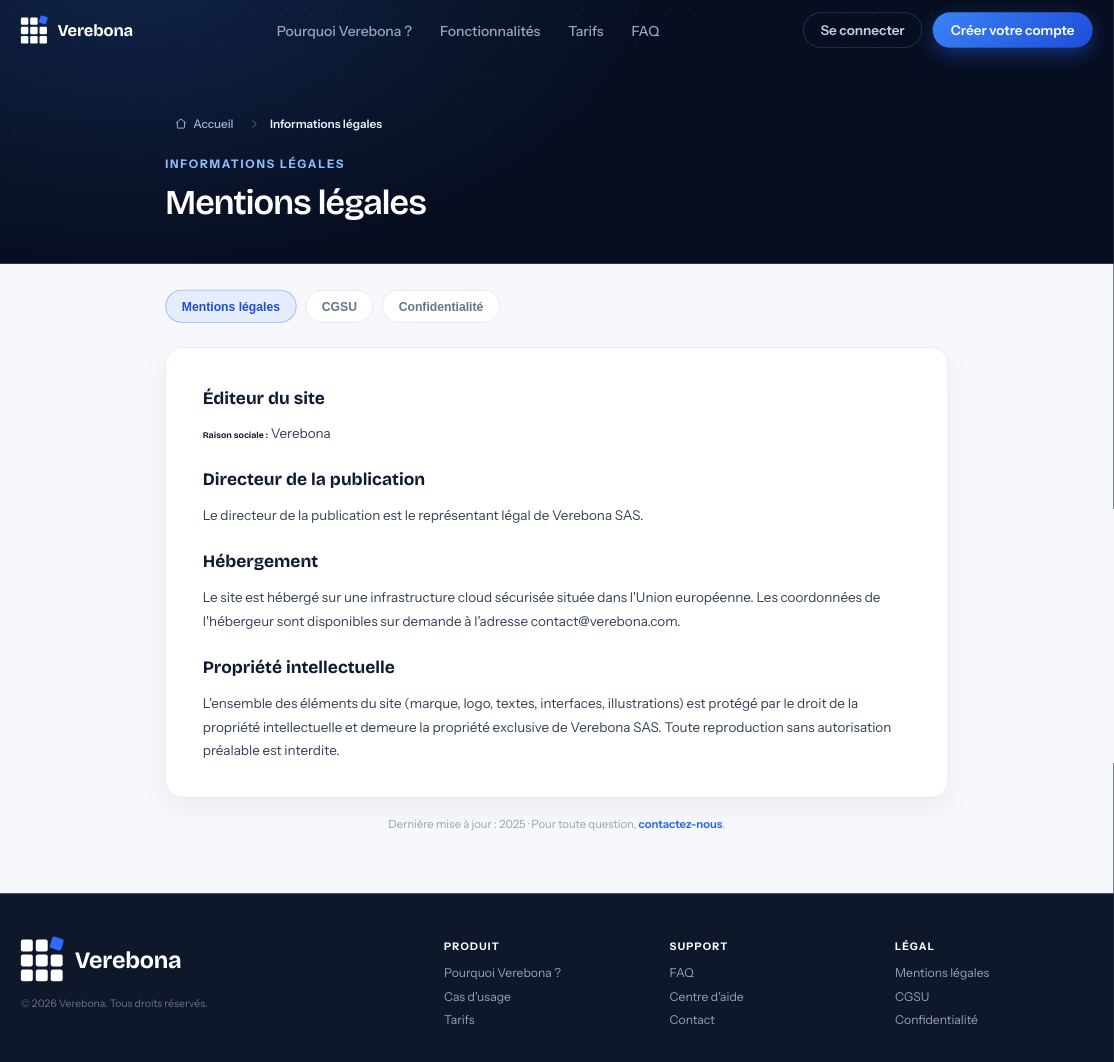
Repository: AdminVerebona/verebona-public
Page: /mentions-legales
The author's editor kept a copy of each file at every save. The page is drawn from the files as they stood at one save, then again after a run of saves.
The browser window is 1280 px wide. The pictures show the whole page, at 87% of full size.
The project was rebuilt for these pictures with package versions that can differ from the ones it lists, and the page was loaded fresh each time. Also part of the build but not shown: next.config.mjs, vite.config.js, vite.config.ts, src/composables/useLanding.ts, src/sections/HeroSection.vue, src/sections/WhySection.vue, src/sections/UseCasesSection.vue, src/sections/FeaturesSection.vue and 6 more.

Above is the page before, as saved 2026-07-10 15:07:08.

### index.html
<!doctype html>
<html lang="fr">
  <head>
    <meta charset="UTF-8" />
    <meta name="viewport" content="width=device-width, initial-scale=1.0" />
    <title>Verebona — Centralisez, organisez, valorisez vos biens</title>
    <meta
      name="description"
      content="Verebona centralise vos biens, documents et échéances pour les retrouver facilement, anticiper les dates importantes et valoriser vos biens le moment venu."
    />
  </head>
  <body>
    <div id="app"></div>
    <script type="module" src="/src/main.ts"></script>
  </body>
</html>

### src/main.ts
import { createApp } from 'vue'
import App from './App.vue'
import router from './router'
import { vHover } from './directives/hover'
import './style.css'

createApp(App)
  .use(router)
  .directive('hover', vHover)
  .mount('#app')

### src/App.vue
<template>
  <div style="background:#070E20;color:#EAF0FB;overflow-x:hidden;min-height:100vh">
    <AppHeader />
    <router-view />
    <AppFooter />
  </div>
</template>

<script setup lang="ts">
import { onMounted, watch, nextTick } from 'vue'
import { useRoute } from 'vue-router'
import AppHeader from './components/AppHeader.vue'
import AppFooter from './components/AppFooter.vue'
import { useScrollReveal } from './composables/useScrollReveal'

const route = useRoute()
const { scan } = useScrollReveal()

onMounted(() => { scan() })

// Re-scan reveal targets whenever the route (page) changes.
watch(
  () => route.fullPath,
  () => { nextTick(() => setTimeout(scan, 60)) },
)
</script>

### src/router/index.ts
import { createRouter, createWebHistory } from 'vue-router'
import HomeView from '../views/HomeView.vue'

const routes = [
  { path: '/', name: 'home', component: HomeView },
  { path: '/aide', name: 'help', component: () => import('../views/HelpView.vue') },
  { path: '/contact', name: 'contact', component: () => import('../views/ContactView.vue') },
  { path: '/mentions-legales', name: 'legal-mentions', component: () => import('../views/LegalView.vue') },
  { path: '/cgu', name: 'legal-cgu', component: () => import('../views/LegalView.vue') },
  { path: '/confidentialite', name: 'legal-confid', component: () => import('../views/LegalView.vue') },
  { path: '/:pathMatch(.*)*', name: 'not-found', component: () => import('../views/NotFoundView.vue') },
]

const router = createRouter({
  history: createWebHistory(),
  routes,
  scrollBehavior(to) {
    if (to.hash) return { el: to.hash, behavior: 'smooth' }
    return { top: 0 }
  },
})

export default router

### src/directives/hover.ts
import type { Directive } from 'vue'

/**
 * v-hover — applies a set of inline styles while the pointer is over the
 * element, and restores the previous values on leave. Reproduces the
 * `style-hover` behaviour of the design prototype.
 *
 * Usage:  <a v-hover="{ color: '#fff', transform: 'translateY(-1px)' }">
 */
type HoverStyles = Record<string, string>

interface HoverEl extends HTMLElement {
  __hoverEnter?: () => void
  __hoverLeave?: () => void
}

export const vHover: Directive<HoverEl, HoverStyles> = {
  mounted(el, binding) {
    const styles = binding.value || {}
    const original: HoverStyles = {}

    const enter = () => {
      for (const key in styles) {
        original[key] = (el.style as any)[key]
        ;(el.style as any)[key] = styles[key]
      }
    }
    const leave = () => {
      for (const key in styles) {
        ;(el.style as any)[key] = original[key] || ''
      }
    }

    el.__hoverEnter = enter
    el.__hoverLeave = leave
    el.addEventListener('mouseenter', enter)
    el.addEventListener('mouseleave', leave)
  },
  unmounted(el) {
    if (el.__hoverEnter) el.removeEventListener('mouseenter', el.__hoverEnter)
    if (el.__hoverLeave) el.removeEventListener('mouseleave', el.__hoverLeave)
  },
}

### src/style.css
/* ============================================================
   Verebona — global styles
   Fonts, resets, scroll-reveal animation, responsive rules.
   All component-level styling is inline in the .vue templates
   (ported 1:1 from the validated design prototype).
   ============================================================ */

@import url('https://fonts.googleapis.com/css2?family=Bricolage+Grotesque:opsz,wght@12..96,400;12..96,500;12..96,600;12..96,700&family=Instrument+Sans:wght@400;500;600;700&family=Space+Mono:wght@400;700&display=swap');

* { box-sizing: border-box; }
html, body { margin: 0; padding: 0; }
body {
  font-family: 'Instrument Sans', system-ui, sans-serif;
  -webkit-font-smoothing: antialiased;
  background: #070E20;
}
h1, h2, h3, h4 { font-family: 'Bricolage Grotesque', sans-serif; margin: 0; }
p { margin: 0; }
a { text-decoration: none; color: inherit; }
a:hover { color: inherit; }

@keyframes vb-float { 0%, 100% { transform: translateY(0); } 50% { transform: translateY(-14px); } }
@keyframes vb-float-s { 0%, 100% { transform: translateY(0); } 50% { transform: translateY(-9px); } }
@keyframes vb-marquee { 0% { transform: translateX(0); } 100% { transform: translateX(-50%); } }

section[id] { scroll-margin-top: 82px; }

/* Scroll reveal */
.vb-reveal,
.vb-rgroup > * {
  transition: opacity .8s cubic-bezier(.16, 1, .3, 1), transform .8s cubic-bezier(.16, 1, .3, 1);
  will-change: opacity, transform;
}
.vb-anim .vb-reveal,
.vb-anim .vb-rgroup > * { opacity: 0; transform: translateY(40px) scale(.985); }
.vb-reveal.vb-in,
.vb-rgroup > .vb-in { opacity: 1 !important; transform: none !important; }
@media (prefers-reduced-motion: reduce) {
  .vb-reveal,
  .vb-rgroup > * { opacity: 1 !important; transform: none !important; transition: none !important; }
}

/* Responsive */
.r-burger, .r-mobile-menu { display: none; }
@media (max-width: 860px) {
  h1 { font-size: 37px !important; line-height: 1.08 !important; }
  h2 { font-size: 26px !important; line-height: 1.22 !important; }
  .r-nav, .r-hide-m, .r-dots, .r-browser { display: none !important; }
  .r-burger { display: inline-flex !important; }
  .r-mobile-menu { display: flex !important; }
  .r-hero, .r-2, .r-2b, .r-3, .r-4, .r-cta { grid-template-columns: 1fr !important; }
  .r-contact { grid-template-columns: 1fr !important; }
  .r-footer { grid-template-columns: 1fr 1fr !important; gap: 24px !important; }
  .r-mock { flex-direction: column !important; align-items: center !important; gap: 0 !important; }
  .r-uc { flex-direction: column !important; }
  .r-uc-panel { min-width: 0 !important; padding: 22px 20px !important; }
  .r-2 { grid-template-columns: 1fr !important; }
  .r-tri { grid-template-columns: 1fr !important; }
}

### src/composables/useScrollReveal.ts
/**
 * Scroll-reveal: adds `.vb-in` to `.vb-reveal` / `.vb-rgroup` elements as they
 * enter the viewport (staggering the children of a group). Ported from the
 * prototype's IntersectionObserver logic. Honours prefers-reduced-motion and
 * has a safety timeout so content is never left hidden.
 */
let io: IntersectionObserver | null = null

const reduce =
  typeof window !== 'undefined' &&
  !!window.matchMedia &&
  window.matchMedia('(prefers-reduced-motion: reduce)').matches

if (!reduce && typeof document !== 'undefined') {
  document.documentElement.classList.add('vb-anim')
}

function revealAll() {
  document.querySelectorAll('.vb-reveal').forEach((e) => e.classList.add('vb-in'))
  document.querySelectorAll('.vb-rgroup > *').forEach((e) => e.classList.add('vb-in'))
}

function ensureObserver() {
  if (io || reduce || typeof window === 'undefined' || !('IntersectionObserver' in window)) return
  io = new IntersectionObserver(
    (entries) => {
      entries.forEach((entry) => {
        if (!entry.isIntersecting) return
        const el = entry.target as HTMLElement
        io!.unobserve(el)
        if (el.classList.contains('vb-rgroup')) {
          Array.from(el.children).forEach((c, i) => {
            ;(c as HTMLElement).style.transitionDelay = i * 90 + 'ms'
            c.classList.add('vb-in')
          })
        } else {
          el.classList.add('vb-in')
        }
      })
    },
    { threshold: 0.12, rootMargin: '0px 0px -8% 0px' },
  )
}

export function useScrollReveal() {
  function scan() {
    if (reduce || typeof window === 'undefined' || !('IntersectionObserver' in window)) {
      revealAll()
      return
    }
    ensureObserver()
    document.querySelectorAll('.vb-reveal, .vb-rgroup').forEach((el) => io!.observe(el))
    // Safety net: never leave content hidden.
    window.setTimeout(revealAll, 2200)
  }
  return { scan }
}

### src/views/LegalView.vue
<template>
<section style="position:relative;padding:128px 24px 48px;overflow:hidden;background:radial-gradient(1000px 560px at 12% -10%,rgba(59,130,246,.18),transparent 60%),#070E20">
  <div style="position:absolute;inset:0;background-image:radial-gradient(rgba(148,163,184,.09) 1px,transparent 1px);background-size:34px 34px;-webkit-mask-image:linear-gradient(to bottom,#000,transparent 85%);mask-image:linear-gradient(to bottom,#000,transparent 85%);pointer-events:none"></div>
  <div style="max-width:900px;margin:0 auto;position:relative">
    <nav aria-label="Fil d'Ariane" style="margin-bottom:24px"><ol style="display:flex;align-items:center;gap:6px;list-style:none;margin:0;padding:0;font-size:13.5px"><li style="display:flex;align-items:center"><a href="#" @click.prevent="goHome" style="display:inline-flex;align-items:center;gap:7px;color:#9FB4D8;font-weight:500;padding:6px 11px;border-radius:9px;cursor:pointer;transition:color .15s,background .15s" v-hover="{color:'#fff',background:'rgba(255,255,255,.06)'}"><svg width="14" height="14" viewBox="0 0 24 24" fill="none" stroke="currentColor" stroke-width="1.9" stroke-linecap="round" stroke-linejoin="round"><path d="M3 10.5 12 3l9 7.5"/><path d="M5 9.5V20a1 1 0 0 0 1 1h12a1 1 0 0 0 1-1V9.5"/></svg>Accueil</a></li><li aria-hidden="true" style="display:flex;color:#42557A"><svg width="15" height="15" viewBox="0 0 24 24" fill="none" stroke="currentColor" stroke-width="2" stroke-linecap="round" stroke-linejoin="round"><path d="M9 6l6 6-6 6"/></svg></li><li aria-current="page" style="color:#EAF0FB;font-weight:600;padding:6px 4px">{{ crumbLabel }}</li></ol></nav>
    <div style="font-size:13.5px;letter-spacing:.15em;text-transform:uppercase;font-weight:800;color:#8FBEFF;margin-bottom:16px">Informations légales</div>
    <h1 style="font-size:40px;line-height:1.08;font-weight:600;letter-spacing:-.025em;color:#fff">{{ legalTitle }}</h1>
  </div>
</section>
<section style="background:#F6F8FC;padding:30px 24px 72px">
  <div style="max-width:900px;margin:0 auto">
    <div style="display:flex;flex-wrap:wrap;gap:10px;margin-bottom:28px">
      <button type="button" :style="legalMentionsStyle" @click.prevent="goMentions">Mentions légales</button>
      <button type="button" :style="legalCGUStyle" @click.prevent="goCGU">CGSU</button>
      <button type="button" :style="legalConfidStyle" @click.prevent="goConfid">Confidentialité</button>
    </div>
    <div style="background:#fff;border:1px solid #E6EBF3;border-radius:20px;padding:40px 42px;box-shadow:0 12px 34px rgba(15,27,51,.05)">
      <template v-if="isMentions">
        <div style="font-size:15.5px;line-height:1.75;color:#334155">
          <h2 style="font-size:20px;font-weight:700;color:#0F1B33;font-family:'Bricolage Grotesque',sans-serif;margin:0 0 10px">Éditeur du site</h2>
          <p style="margin:0 0 22px"><span style="font-size:10px;font-weight:700;color:#0F1B33;font-family:'Bricolage Grotesque',sans-serif;margin:0 0 10px">Raison sociale :</span> Verebona</p>
          <h2 style="font-size:20px;font-weight:700;color:#0F1B33;font-family:'Bricolage Grotesque',sans-serif;margin:0 0 10px">Directeur de la publication</h2>
          <p style="margin:0 0 22px">Le directeur de la publication est le représentant légal de Verebona SAS.</p>
          <h2 style="font-size:20px;font-weight:700;color:#0F1B33;font-family:'Bricolage Grotesque',sans-serif;margin:0 0 10px">Hébergement</h2>
          <p style="margin:0 0 22px">Le site est hébergé sur une infrastructure cloud sécurisée située dans l'Union européenne. Les coordonnées de l'hébergeur sont disponibles sur demande à l'adresse contact@verebona.com.</p>
          <h2 style="font-size:20px;font-weight:700;color:#0F1B33;font-family:'Bricolage Grotesque',sans-serif;margin:0 0 10px">Propriété intellectuelle</h2>
          <p style="margin:0">L'ensemble des éléments du site (marque, logo, textes, interfaces, illustrations) est protégé par le droit de la propriété intellectuelle et demeure la propriété exclusive de Verebona SAS. Toute reproduction sans autorisation préalable est interdite.</p>
        </div>
      </template>
      <template v-if="isCGU">
        <div style="font-size:15.5px;line-height:1.75;color:#334155">
          <h2 style="font-size:20px;font-weight:700;color:#0F1B33;font-family:'Bricolage Grotesque',sans-serif;margin:0 0 10px">1. Objet</h2>
          <p style="margin:0 0 22px">Les présentes conditions générales de service et d'utilisation (CGSU) définissent les modalités d'accès et d'utilisation de la plateforme Verebona, service de centralisation et d'organisation documentaire du patrimoine.</p>
          <h2 style="font-size:20px;font-weight:700;color:#0F1B33;font-family:'Bricolage Grotesque',sans-serif;margin:0 0 10px">2. Compte et abonnement</h2>
          <p style="margin:0 0 22px">L'accès au service nécessite la création d'un compte et la souscription d'une offre. L'utilisateur s'engage à fournir des informations exactes et à préserver la confidentialité de ses identifiants.</p>
          <h2 style="font-size:20px;font-weight:700;color:#0F1B33;font-family:'Bricolage Grotesque',sans-serif;margin:0 0 10px">3. Nature du service</h2>
          <p style="margin:0 0 22px">Verebona est une plateforme d'organisation. Les documents importés ne sont ni certifiés, ni validés, ni garantis juridiquement. L'utilisateur reste seul responsable de l'exactitude des informations qu'il enregistre.</p>
          <h2 style="font-size:20px;font-weight:700;color:#0F1B33;font-family:'Bricolage Grotesque',sans-serif;margin:0 0 10px">4. Responsabilités</h2>
          <p style="margin:0 0 22px">Verebona met en œuvre les moyens raisonnables pour assurer la disponibilité et la sécurité du service, sans obligation de résultat concernant une disponibilité ininterrompue.</p>
          <h2 style="font-size:20px;font-weight:700;color:#0F1B33;font-family:'Bricolage Grotesque',sans-serif;margin:0 0 10px">5. Résiliation</h2>
          <p style="margin:0">L'utilisateur peut résilier son abonnement à tout moment. Des modalités de récupération des données sont prévues afin d'éviter tout verrouillage à la fin du contrat.</p>
        </div>
      </template>
      <template v-if="isConfid">
        <div style="font-size:15.5px;line-height:1.75;color:#334155">
          <h2 style="font-size:20px;font-weight:700;color:#0F1B33;font-family:'Bricolage Grotesque',sans-serif;margin:0 0 10px">Données collectées</h2>
          <p style="margin:0 0 22px">Verebona collecte les données nécessaires au fonctionnement du service : informations de compte, contenus importés (fiches de biens, documents) et données d'usage strictement utiles à l'amélioration du service.</p>
          <h2 style="font-size:20px;font-weight:700;color:#0F1B33;font-family:'Bricolage Grotesque',sans-serif;margin:0 0 10px">Finalités</h2>
          <p style="margin:0 0 22px">Les données sont traitées pour fournir le service, assurer la sécurité, et répondre aux obligations légales. Elles ne sont jamais cédées à des tiers à des fins commerciales.</p>
          <h2 style="font-size:20px;font-weight:700;color:#0F1B33;font-family:'Bricolage Grotesque',sans-serif;margin:0 0 10px">Sécurité</h2>
          <p style="margin:0 0 22px">Vos données sont chiffrées lors du stockage et des échanges, et hébergées sur une infrastructure sécurisée au sein de l'Union européenne.</p>
          <h2 style="font-size:20px;font-weight:700;color:#0F1B33;font-family:'Bricolage Grotesque',sans-serif;margin:0 0 10px">Vos droits</h2>
          <p style="margin:0">Conformément au RGPD, vous disposez d'un droit d'accès, de rectification, de portabilité et de suppression de vos données. Pour exercer ces droits, écrivez à contact@verebona.com.</p>
        </div>
      </template>
    </div>
    <p style="font-size:13px;color:#94A3B8;margin-top:22px;text-align:center">Dernière mise à jour : 2025 · Pour toute question, <a href="#" @click.prevent="goContact" style="color:#2563EB;font-weight:600">contactez-nous</a>.</p>
  </div>
</section>
</template>

<script setup lang="ts">
import { useLegal } from '../composables/useLegal'
import { useNav } from '../composables/useNav'
const { isMentions, isCGU, isConfid, legalTitle, legalMentionsStyle, legalCGUStyle, legalConfidStyle, crumbLabel } = useLegal()
const { goHome, goContact, goMentions, goCGU, goConfid } = useNav()
</script>

### src/composables/useNav.ts
import { ref, computed, nextTick } from 'vue'
import { useRouter, useRoute } from 'vue-router'

// Shared across header + footer + mobile menu.
const menuOpen = ref(false)

/**
 * useNav — header/footer navigation. Page links use vue-router; the four
 * in-page section links (Pourquoi / Fonctionnalités / Tarifs / FAQ) route to
 * home first if needed, then smooth-scroll to the anchor.
 */
export function useNav() {
  const router = useRouter()
  const route = useRoute()

  const toggleMenu = () => { menuOpen.value = !menuOpen.value }
  const closeMenu = () => { menuOpen.value = false }

  function scrollToId(id: string) {
    const el = document.getElementById(id)
    if (el && el.scrollIntoView) {
      try { el.scrollIntoView({ behavior: 'smooth', block: 'start' }) } catch { /* noop */ }
    }
  }
  function goToAnchor(id: string) {
    closeMenu()
    if (route.path !== '/') {
      router.push('/').then(() => nextTick(() => setTimeout(() => scrollToId(id), 80)))
    } else {
      scrollToId(id)
    }
  }

  const goHome = () => { closeMenu(); router.push('/') }
  const goAide = () => { closeMenu(); router.push('/aide') }
  const goContact = () => { closeMenu(); router.push('/contact') }
  const goMentions = () => { closeMenu(); router.push('/mentions-legales') }
  const goCGU = () => { closeMenu(); router.push('/cgu') }
  const goConfid = () => { closeMenu(); router.push('/confidentialite') }

  const navPourquoi = () => goToAnchor('pourquoi')
  const navFeatures = () => goToAnchor('features')
  const navPricing = () => goToAnchor('pricing')
  const navFaq = () => goToAnchor('faq')
  const navCasUsage = () => goToAnchor('cas-usage')

  const burgerBase = 'display:block;width:20px;height:2px;border-radius:2px;background:#fff;transition:transform .25s,opacity .25s;'
  const burgerTop = computed(() => burgerBase + 'transform:' + (menuOpen.value ? 'translateY(6px) rotate(45deg)' : 'none'))
  const burgerMid = computed(() => burgerBase + 'opacity:' + (menuOpen.value ? '0' : '1'))
  const burgerBot = computed(() => burgerBase + 'transform:' + (menuOpen.value ? 'translateY(-6px) rotate(-45deg)' : 'none'))

  return {
    menuOpen, toggleMenu, closeMenu,
    goHome, goAide, goContact, goMentions, goCGU, goConfid,
    navPourquoi, navFeatures, navPricing, navFaq, navCasUsage,
    burgerTop, burgerMid, burgerBot,
  }
}

### src/composables/useLegal.ts
import { computed } from 'vue'
import { useRoute } from 'vue-router'

/**
 * Legal page — a single view with three tabs (mentions / cgu / confid),
 * each mapped to its own route so they are independently linkable & indexable:
 *   /mentions-legales   /cgu   /confidentialite
 */
export function useLegal() {
  const route = useRoute()

  const tab = computed<'mentions' | 'cgu' | 'confid'>(() => {
    if (route.path.includes('cgu')) return 'cgu'
    if (route.path.includes('confidentialite')) return 'confid'
    return 'mentions'
  })

  const isMentions = computed(() => tab.value === 'mentions')
  const isCGU = computed(() => tab.value === 'cgu')
  const isConfid = computed(() => tab.value === 'confid')

  const legalTitle = computed(() =>
    tab.value === 'cgu'
      ? "Conditions générales de service et d'utilisation"
      : tab.value === 'confid'
        ? 'Politique de confidentialité'
        : 'Mentions légales',
  )

  const tabStyle = (a: boolean) =>
    `padding:10px 18px;border-radius:999px;font-size:14px;font-weight:600;cursor:pointer;border:1px solid ${a ? 'rgba(37,99,235,.4)' : '#E2E8F0'};background:${a ? 'rgba(37,99,235,.08)' : '#fff'};color:${a ? '#1D4ED8' : '#64748B'};transition:all .15s`

  const legalMentionsStyle = computed(() => tabStyle(isMentions.value))
  const legalCGUStyle = computed(() => tabStyle(isCGU.value))
  const legalConfidStyle = computed(() => tabStyle(isConfid.value))

  return {
    isMentions, isCGU, isConfid, legalTitle,
    legalMentionsStyle, legalCGUStyle, legalConfidStyle,
    crumbLabel: 'Informations légales',
  }
}

Loaded but not shown: src/components/AppHeader.vue (68 lines, source omitted); src/components/AppFooter.vue (21 lines, source omitted)

After the next 2 saves:
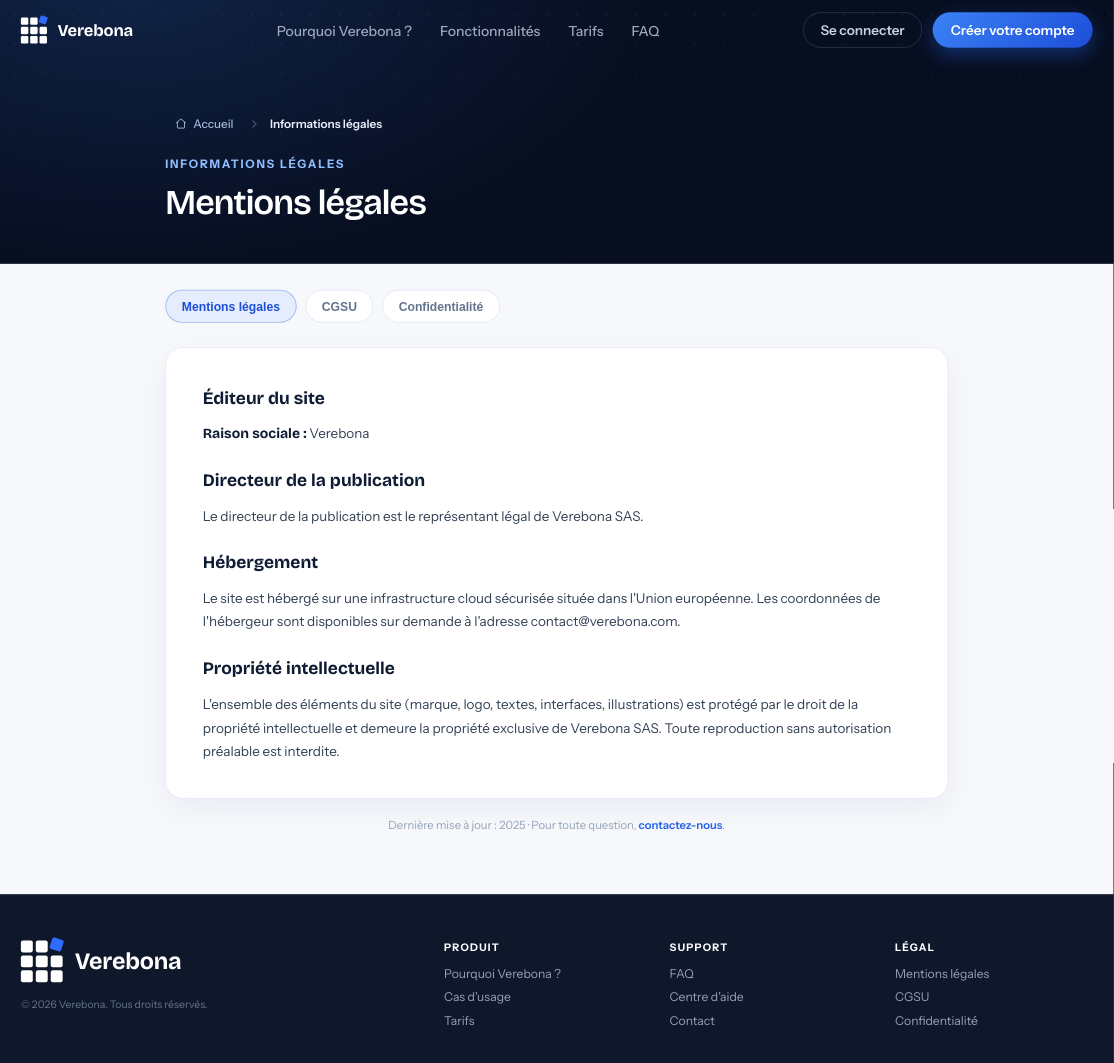
The 2 saves are shown as one change because they came seconds apart.
The last was saved 7 s later.
--- a/src/views/LegalView.vue
+++ b/src/views/LegalView.vue
@@ -18,7 +18,7 @@
       <template v-if="isMentions">
         <div style="font-size:15.5px;line-height:1.75;color:#334155">
           <h2 style="font-size:20px;font-weight:700;color:#0F1B33;font-family:'Bricolage Grotesque',sans-serif;margin:0 0 10px">Éditeur du site</h2>
-          <p style="margin:0 0 22px"><span style="font-size:10px;font-weight:700;color:#0F1B33;font-family:'Bricolage Grotesque',sans-serif;margin:0 0 10px">Raison sociale :</span> Verebona</p>
+          <p style="margin:0 0 22px"><span style="font-size:16px;font-weight:700;color:#0F1B33;font-family:'Bricolage Grotesque',sans-serif;margin:0 0 10px">Raison sociale :</span> Verebona</p>
           <h2 style="font-size:20px;font-weight:700;color:#0F1B33;font-family:'Bricolage Grotesque',sans-serif;margin:0 0 10px">Directeur de la publication</h2>
           <p style="margin:0 0 22px">Le directeur de la publication est le représentant légal de Verebona SAS.</p>
           <h2 style="font-size:20px;font-weight:700;color:#0F1B33;font-family:'Bricolage Grotesque',sans-serif;margin:0 0 10px">Hébergement</h2>
